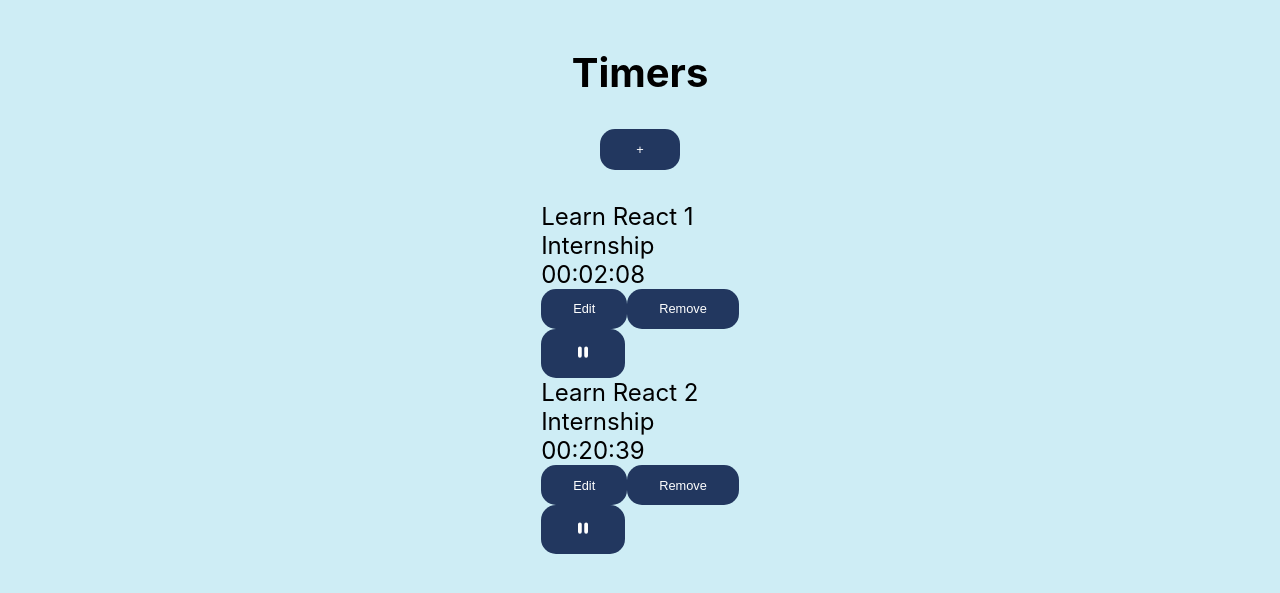
Repository: dqhuy153/react-timer
Page: /
An editor plug-in stored every save of this project. The page is shown before and after the next save, followed by the edit.
The browser window is 1280 px wide. The pictures show the whole page.
The project was rebuilt for these pictures with package versions that can differ from the ones it lists, and the page was loaded fresh each time. Also part of the build but not shown: src/components/TimerForm/TimerForm.module.scss, src/components/TimerForm/index.jsx, src/components/EditableTimerForm/EditableTimerForm.module.scss.

Above is the page before, as saved 2021-10-26 17:22:04.

After the next save:
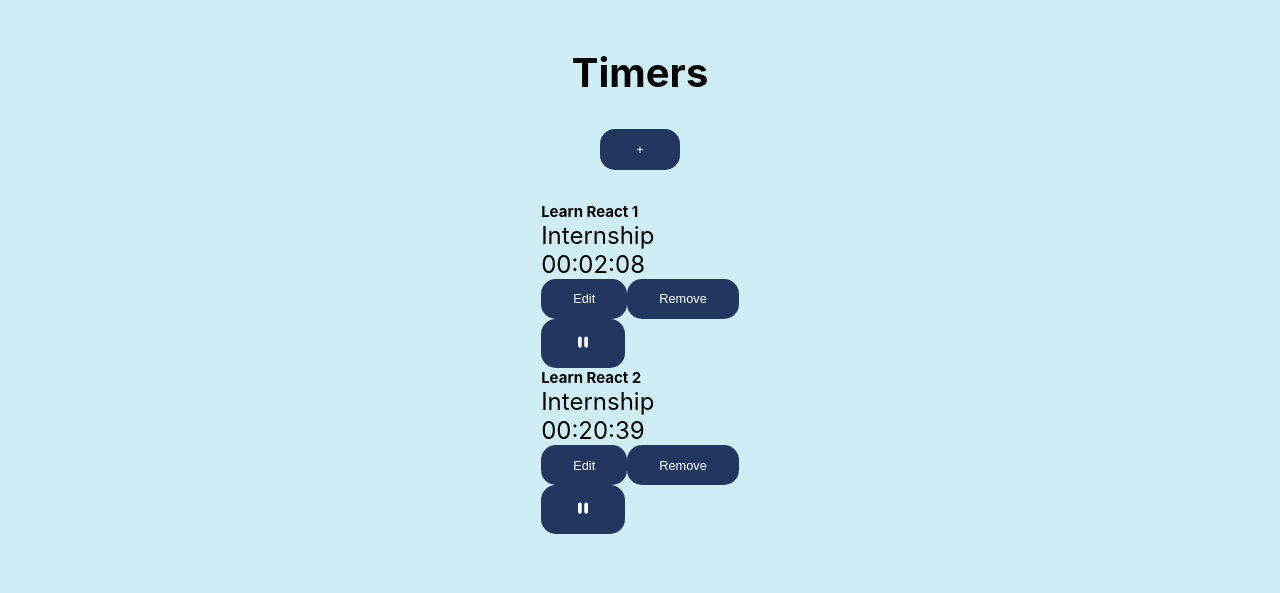
Saved 20 s later.
--- a/src/components/Timer/index.jsx
+++ b/src/components/Timer/index.jsx
@@ -22,7 +22,7 @@ const Timer = ({
 
   return (
     <div className={styles.container}>
-      <p>{title}</p>
+      <h2>{title}</h2>
       <p>{project}</p>
       <p>{millisecondsToHuman(timer)}</p>
 
